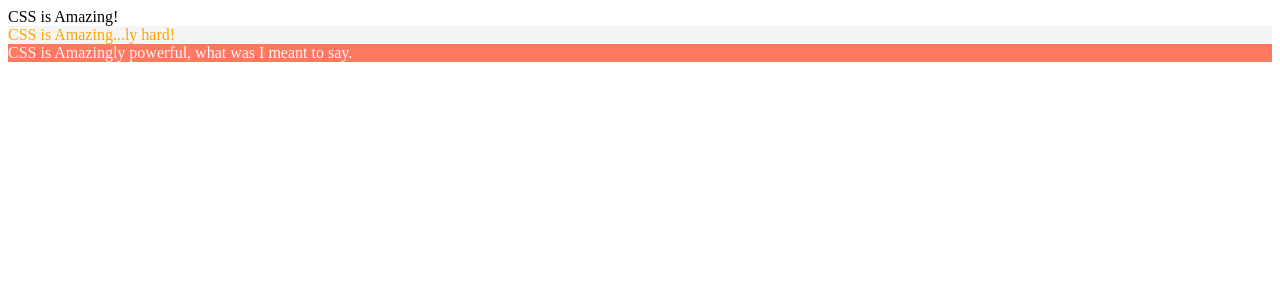
Repository: sammkrt/saltPrecourse
Page: css-trainingGround/cssInHead.html
The author's editor kept a copy of each file at every save. The page is drawn from the files as they stood at one save, then again after the next save.
The browser window is 1280 px wide. The pictures show the whole page.

Above is the page before, as saved 2022-12-22 10:13:25.

### css-trainingGround/cssInHead.html
<!DOCTYPE html>
<html lang="en">
<head>
    <meta charset="UTF-8">
    <meta http-equiv="X-UA-Compatible" content="IE=edge">
    <meta name="viewport" content="width=device-width, initial-scale=1.0">
    <title>Document</title>
    <style>
        .negative {
            background-color: black;
            color: whitesmoke;
        }
        .positive {
            background-color: #ff7961;
            color: whitesmoke;
        }
    </style>
</head>
<body>
    <div>CSS is Amazing!</div>
    <div style="background-color: whitesmoke; color: orange;">CSS is Amazing...ly hard!</div>
    <div class="positive huge">CSS is Amazingly powerful, what was I meant to say.</div=class>
</body>
</html>

After the next save:
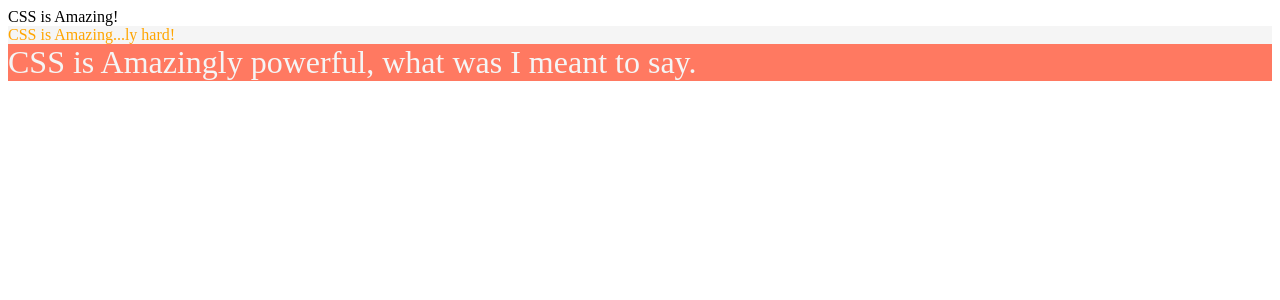
Saved 35 s later.
--- a/css-trainingGround/cssInHead.html
+++ b/css-trainingGround/cssInHead.html
@@ -14,6 +14,9 @@
             background-color: #ff7961;
             color: whitesmoke;
         }
+        .huge {
+            font-size: xx-large;
+        }
     </style>
 </head>
 <body>
